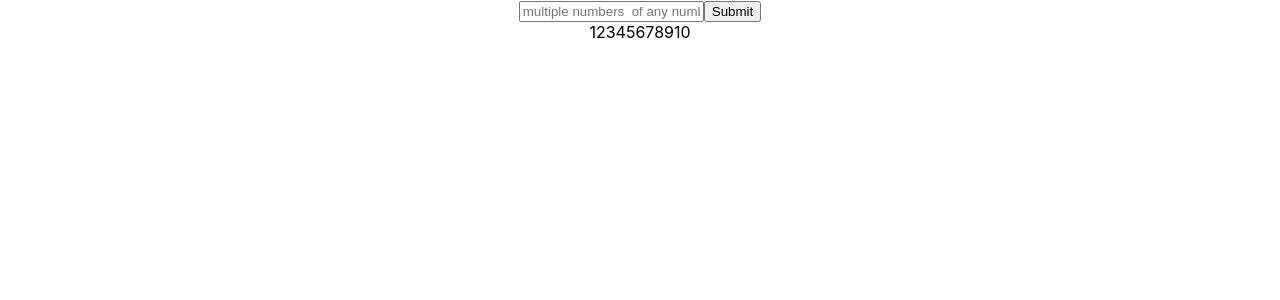
Repository: kirangautam45/multiple-of-number
Page: /
These files come from the project's save history. The page is drawn as it stood at one moment and after the next save; the edit follows.
The browser window is 1280 px wide. The pictures show the whole page.
The project was rebuilt for these pictures with package versions that can differ from the ones it lists, and the page was loaded fresh each time.

Above is the page before, as saved 2022-08-08 22:11:41.

### src/App.js
import './App.css';
import { useState } from 'react';

const App=()=> {
  const [data, setData] = useState();
  const numbers =[1,2,3,4,5,6,7,8,9,10]
  const {number, setnumber}=useState(0)




  return (
    <div className="App">
    <input type="numbers" placeholder="multiple numbers  of any number"
    value={data} onChange={(e)=>setData(e.target.value)} />

    <button>Submit</button>

    <div>
     {numbers}
    </div>
    </div>
  );
}

export default App;

Loaded but not shown: public/index.html (common file); src/index.js (common file); src/index.css (common file); src/App.css (common file)

After the next save:
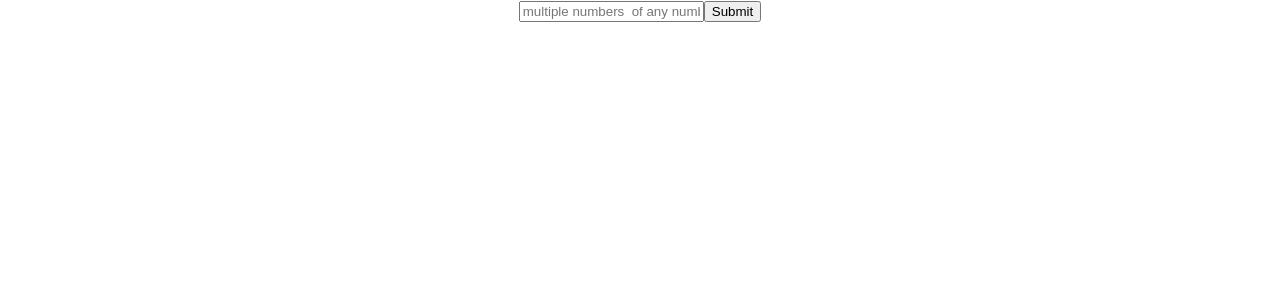
Saved 45 s later.
--- a/src/App.js
+++ b/src/App.js
@@ -17,7 +17,7 @@ const App=()=> {
     <button>Submit</button>
 
     <div>
-     {numbers}
+     {number}
     </div>
     </div>
   );
